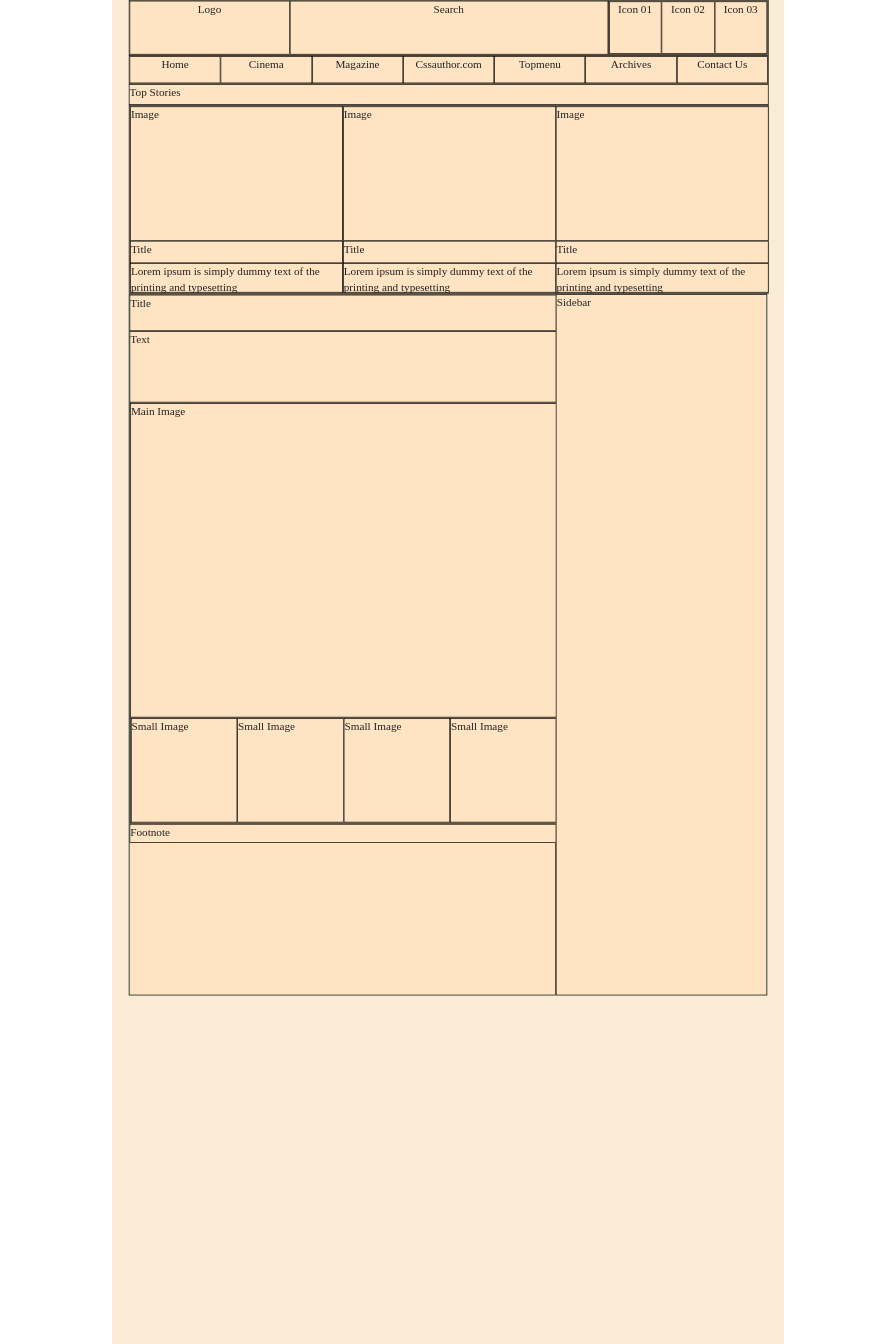
Repository: giovanabirck/cover-magazine-giovanabirck
Page: index.html
An editor plug-in stored every save of this project. The page is shown before and after the next save, followed by the edit.
The browser window is 1280 px wide. The pictures show the part of the page from y = 0 to 1920 px (the page is 5000 px tall), at 70% of full size.

Above is the page before, as saved 2023-01-14 11:01:18.

### index.html
<!doctype html>
<html class="no-js" lang="">

<head>
  <meta charset="utf-8">
  <title></title>
  <meta name="description" content="">
  <meta name="viewport" content="width=device-width, initial-scale=1">

  <meta property="og:title" content="">
  <meta property="og:type" content="">
  <meta property="og:url" content="">
  <meta property="og:image" content="">

  <link rel="manifest" href="site.webmanifest">
  <link rel="apple-touch-icon" href="icon.png">
  <!-- Place favicon.ico in the root directory -->

  <link rel="stylesheet" href="css/normalize.css">
  <link rel="stylesheet" href="css/main.css">

  <meta name="theme-color" content="#fafafa">
</head>

<body>

  <div class="main-container">

    <div class="header">
      <div class="header-content">
        <div class="header-content-logo">Logo</div>
        <div class="header-content-search">Search</div>
        <div class="header-content-icons">
          <div class="header-content-icons-un">Icon 01</div>
          <div class="header-content-icons-un">Icon 02</div>
          <div class="header-content-icons-un">Icon 03</div>
        </div>
      </div>
      <div class="header-menu">
        <div class="header-menu-un">Home</div>
        <div class="header-menu-un">Cinema</div>
        <div class="header-menu-un">Magazine</div>
        <div class="header-menu-un">Cssauthor.com</div>
        <div class="header-menu-un">Topmenu</div>
        <div class="header-menu-un">Archives</div>
        <div class="header-menu-un">Contact Us</div>
      </div>
    </div>

    <div class="featured">
      <div class="featured-h1">Top Stories</div>
      <div class="featured-stories">
        <div class="featured-stories-un">
          <div class="featured-stories-un-image">Image</div>
          <div class="featured-stories-un-title">Title</div>
          <div class="featured-stories-un-text">Lorem ipsum is simply dummy text of the printing and typesetting</div>
        </div>
        <div class="featured-stories-un">
          <div class="featured-stories-un-image">Image</div>
          <div class="featured-stories-un-title">Title</div>
          <div class="featured-stories-un-text">Lorem ipsum is simply dummy text of the printing and typesetting</div>
        </div>
        <div class="featured-stories-un">
          <div class="featured-stories-un-image">Image</div>
          <div class="featured-stories-un-title">Title</div>
          <div class="featured-stories-un-text">Lorem ipsum is simply dummy text of the printing and typesetting</div>
        </div>
      </div>
    </div>

    <div class="main">
      <div class="main-content">
        <div class="main-content-title">Title</div>
        <div class="main-content-text">Text</div>
        <div class="main-content-image">
          <div class="main-content-image-large">Main Image</div>
          <div class="main-content-image-small">
            <div class="main-content-image-small-un">Small Image</div>
            <div class="main-content-image-small-un">Small Image</div>
            <div class="main-content-image-small-un">Small Image</div>
            <div class="main-content-image-small-un">Small Image</div>
          </div>
        </div>
        <div class="main-content-footnote">Footnote</div>
      </div>
      <div class="main-side">Sidebar</div>
    </div>

  </div>

  <script src="js/vendor/modernizr-3.11.2.min.js"></script>
  <script src="js/plugins.js"></script>
  <script src="js/main.js"></script>

  <!-- Google Analytics: change UA-XXXXX-Y to be your site's ID. -->
  <script>
    window.ga = function () { ga.q.push(arguments) }; ga.q = []; ga.l = +new Date;
    ga('create', 'UA-XXXXX-Y', 'auto'); ga('set', 'anonymizeIp', true); ga('set', 'transport', 'beacon'); ga('send', 'pageview')
  </script>
  <script src="https://www.google-analytics.com/analytics.js" async></script>
</body>

</html>

### css/main.css
/*! HTML5 Boilerplate v8.0.0 | MIT License | https://html5boilerplate.com/ */

/* main.css 2.1.0 | MIT License | https://github.com/h5bp/main.css#readme */
/*
 * What follows is the result of much research on cross-browser styling.
 * Credit left inline and big thanks to Nicolas Gallagher, Jonathan Neal,
 * Kroc Camen, and the H5BP dev community and team.
 */

/* ==========================================================================
   Base styles: opinionated defaults
   ========================================================================== */

html {
  color: #222;
  font-size: 1em;
  line-height: 1.4;
  margin: 0px 160px 0px 160px;
}

/*
 * Remove text-shadow in selection highlight:
 * https://twitter.com/miketaylr/status/12228805301
 *
 * Vendor-prefixed and regular ::selection selectors cannot be combined:
 * https://stackoverflow.com/a/16982510/7133471
 *
 * Customize the background color to match your design.
 */

::-moz-selection {
  background: #b3d4fc;
  text-shadow: none;
}

::selection {
  background: #b3d4fc;
  text-shadow: none;
}

/*
 * A better looking default horizontal rule
 */

hr {
  display: block;
  height: 1px;
  border: 0;
  border-top: 1px solid #ccc;
  margin: 1em 0;
  padding: 0;
}

/*
 * Remove the gap between audio, canvas, iframes,
 * images, videos and the bottom of their containers:
 * https://github.com/h5bp/html5-boilerplate/issues/440
 */

audio,
canvas,
iframe,
img,
svg,
video {
  vertical-align: middle;
}

/*
 * Remove default fieldset styles.
 */

fieldset {
  border: 0;
  margin: 0;
  padding: 0;
}

/*
 * Allow only vertical resizing of textareas.
 */

textarea {
  resize: vertical;
}

/* ==========================================================================
   Author's custom styles
   ========================================================================== */

/* ==========================================================================
   Helper classes
   ========================================================================== */

/*
 * Hide visually and from screen readers
 */

.hidden,
[hidden] {
  display: none !important;
}

/*
 * Hide only visually, but have it available for screen readers:
 * https://snook.ca/archives/html_and_css/hiding-content-for-accessibility
 *
 * 1. For long content, line feeds are not interpreted as spaces and small width
 *    causes content to wrap 1 word per line:
 *    https://medium.com/@jessebeach/beware-smushed-off-screen-accessible-text-5952a4c2cbfe
 */

.sr-only {
  border: 0;
  clip: rect(0, 0, 0, 0);
  height: 1px;
  margin: -1px;
  overflow: hidden;
  padding: 0;
  position: absolute;
  white-space: nowrap;
  width: 1px;
  /* 1 */
}

/*
 * Extends the .sr-only class to allow the element
 * to be focusable when navigated to via the keyboard:
 * https://www.drupal.org/node/897638
 */

.sr-only.focusable:active,
.sr-only.focusable:focus {
  clip: auto;
  height: auto;
  margin: 0;
  overflow: visible;
  position: static;
  white-space: inherit;
  width: auto;
}

/*
 * Hide visually and from screen readers, but maintain layout
 */

.invisible {
  visibility: hidden;
}

/*
 * Clearfix: contain floats
 *
 * For modern browsers
 * 1. The space content is one way to avoid an Opera bug when the
 *    `contenteditable` attribute is included anywhere else in the document.
 *    Otherwise it causes space to appear at the top and bottom of elements
 *    that receive the `clearfix` class.
 * 2. The use of `table` rather than `block` is only necessary if using
 *    `:before` to contain the top-margins of child elements.
 */

.clearfix::before,
.clearfix::after {
  content: " ";
  display: table;
}

.clearfix::after {
  clear: both;
}

/* ==========================================================================
   EXAMPLE Media Queries for Responsive Design.
   These examples override the primary ('mobile first') styles.
   Modify as content requires.
   ========================================================================== */

@media only screen and (min-width: 35em) {
  /* Style adjustments for viewports that meet the condition */
}

@media print,
  (-webkit-min-device-pixel-ratio: 1.25),
  (min-resolution: 1.25dppx),
  (min-resolution: 120dpi) {
  /* Style adjustments for high resolution devices */
}

/* ==========================================================================
   Print styles.
   Inlined to avoid the additional HTTP request:
   https://www.phpied.com/delay-loading-your-print-css/
   ========================================================================== */

@media print {
  *,
  *::before,
  *::after {
    background: #fff !important;
    color: #000 !important;
    /* Black prints faster */
    box-shadow: none !important;
    text-shadow: none !important;
  }

  a,
  a:visited {
    text-decoration: underline;
  }

  a[href]::after {
    content: " (" attr(href) ")";
  }

  abbr[title]::after {
    content: " (" attr(title) ")";
  }

  /*
   * Don't show links that are fragment identifiers,
   * or use the `javascript:` pseudo protocol
   */
  a[href^="#"]::after,
  a[href^="javascript:"]::after {
    content: "";
  }

  pre {
    white-space: pre-wrap !important;
  }

  pre,
  blockquote {
    border: 1px solid #999;
    page-break-inside: avoid;
  }

  /*
   * Printing Tables:
   * https://web.archive.org/web/20180815150934/http://css-discuss.incutio.com/wiki/Printing_Tables
   */
  thead {
    display: table-header-group;
  }

  tr,
  img {
    page-break-inside: avoid;
  }

  p,
  h2,
  h3 {
    orphans: 3;
    widows: 3;
  }

  h2,
  h3 {
    page-break-after: avoid;
  }
}

.main-container{
  background-color: antiquewhite;
  width: 100%;
  height: 5000px;
  display: flex;
  flex-direction: column;
  align-items: center;
}

.header {
  width: 95%;
  height: 120px;
  display: flex;
  flex-direction: column;
  justify-content: center;
}

.header-content{
  background-color: bisque;
  border: solid 1px black;
  width: 100%;
  height: 80px;
  display: flex;
}

.header-content-logo{
  background-color: bisque;
  border: solid 1px black;
  width: 33%;
  text-align: center;
}

.header-content-search{
  background-color: bisque;
  border: solid 1px black;
  width: 66%;
  text-align: center;
}

.header-content-icons{
  background-color: bisque;
  border: solid 1px black;
  width: 33%;
  text-align: center;
  display: flex;
}

.header-content-icons-un{
  background-color: bisque;
  border: solid 1px black;
  width: 100%;
  text-align: center;
}

.header-menu{
  background-color: bisque;
  border: solid 1px black;
  width: 100%;
  height: 40px;
  text-align: center;
  display: flex;
}

.header-menu-un{
  background-color: bisque;
  border: solid 1px black;
  width: 100%;
  text-align: center;
}

.featured{
  width: 95%;
  height: 300px;
  display: flex;
  flex-direction: column;
}

.featured-h1{
  background-color: bisque;
  border: solid 1px black;
  width: 100%;
  height: 40px;
}

.featured-stories{
  background-color: bisque;
  border: solid 1px black;
  width: 100%;
  height: 300px;
  display: flex;
}

.featured-stories-un{
  background-color: bisque;
  border: solid 1px black;
  width: 100%;
}

.featured-stories-un-image{
  background-color: bisque;
  border: solid 1px black;
  width: 100%;
  height: 190px;
}

.featured-stories-un-title{
  background-color: bisque;
  border: solid 1px black;
  width: 100%;
  height: 30px;
}

.featured-stories-un-text{
  background-color: bisque;
  border: solid 1px black;
  width: 100%;
  height: 40px;
}

.main{
  background-color: aqua;
  width: 95%;
  height: 1000px;
  display: flex;
}

.main-content{
  background-color: bisque;
  border: solid 1px black;
  width: 67%;
  height: 1000px;
  display: flex;
  flex-direction: column;
}

.main-side{
  background-color: bisque;
  border: solid 1px black;
  width: 33%;
  height: 1000px;
  display: flex;
}

.main-content-title{
  background-color: bisque;
  border: solid 1px black;
  width: 100%;
  height: 50px;
}

.main-content-text{
  background-color: bisque;
  border: solid 1px black;
  width: 100%;
  height: 100px;
}

.main-content-image{
  background-color: bisque;
  border: solid 1px black;
  width: 100%;
  height: 600px;
  display: flex;
  flex-direction: column;
}

.main-content-image-large{
  background-color: bisque;
  border: solid 1px black;
  width: 100%;
  height: 450px;
}

.main-content-image-small{
  background-color: bisque;
  border: solid 1px black;
  width: 100%;
  height: 150px;
  display: flex;
}

.main-content-image-small-un{
  background-color: bisque;
  border: solid 1px black;
  width: 100%;
}

.main-content-footnote{
  background-color: bisque;
  border: solid 1px black;
  width: 100%;
  height: 25px;
}

### js/plugins.js
// Avoid `console` errors in browsers that lack a console.
(function() {
  var method;
  var noop = function () {};
  var methods = [
    'assert', 'clear', 'count', 'debug', 'dir', 'dirxml', 'error',
    'exception', 'group', 'groupCollapsed', 'groupEnd', 'info', 'log',
    'markTimeline', 'profile', 'profileEnd', 'table', 'time', 'timeEnd',
    'timeline', 'timelineEnd', 'timeStamp', 'trace', 'warn'
  ];
  var length = methods.length;
  var console = (window.console = window.console || {});

  while (length--) {
    method = methods[length];

    // Only stub undefined methods.
    if (!console[method]) {
      console[method] = noop;
    }
  }
}());

// Place any jQuery/helper plugins in here.

Loaded but not shown: css/normalize.css (library); js/vendor/modernizr-3.11.2.min.js (library); js/main.js (no stored copy; drawn as an empty file)

After the next save:
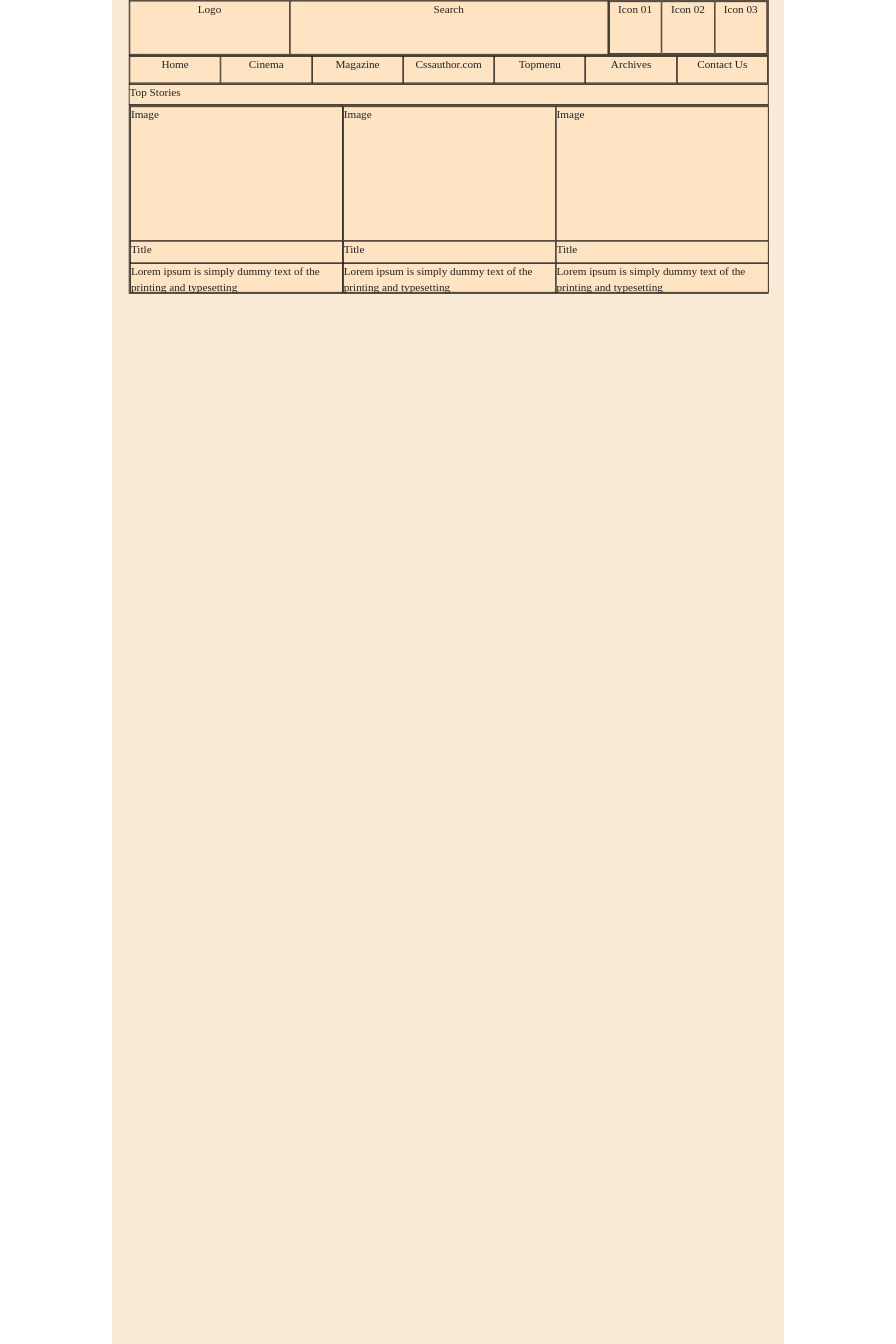
Saved 56 s later.
--- a/index.html
+++ b/index.html
@@ -68,23 +68,7 @@
       </div>
     </div>
 
-    <div class="main">
-      <div class="main-content">
-        <div class="main-content-title">Title</div>
-        <div class="main-content-text">Text</div>
-        <div class="main-content-image">
-          <div class="main-content-image-large">Main Image</div>
-          <div class="main-content-image-small">
-            <div class="main-content-image-small-un">Small Image</div>
-            <div class="main-content-image-small-un">Small Image</div>
-            <div class="main-content-image-small-un">Small Image</div>
-            <div class="main-content-image-small-un">Small Image</div>
-          </div>
-        </div>
-        <div class="main-content-footnote">Footnote</div>
-      </div>
-      <div class="main-side">Sidebar</div>
-    </div>
+
 
   </div>
 
